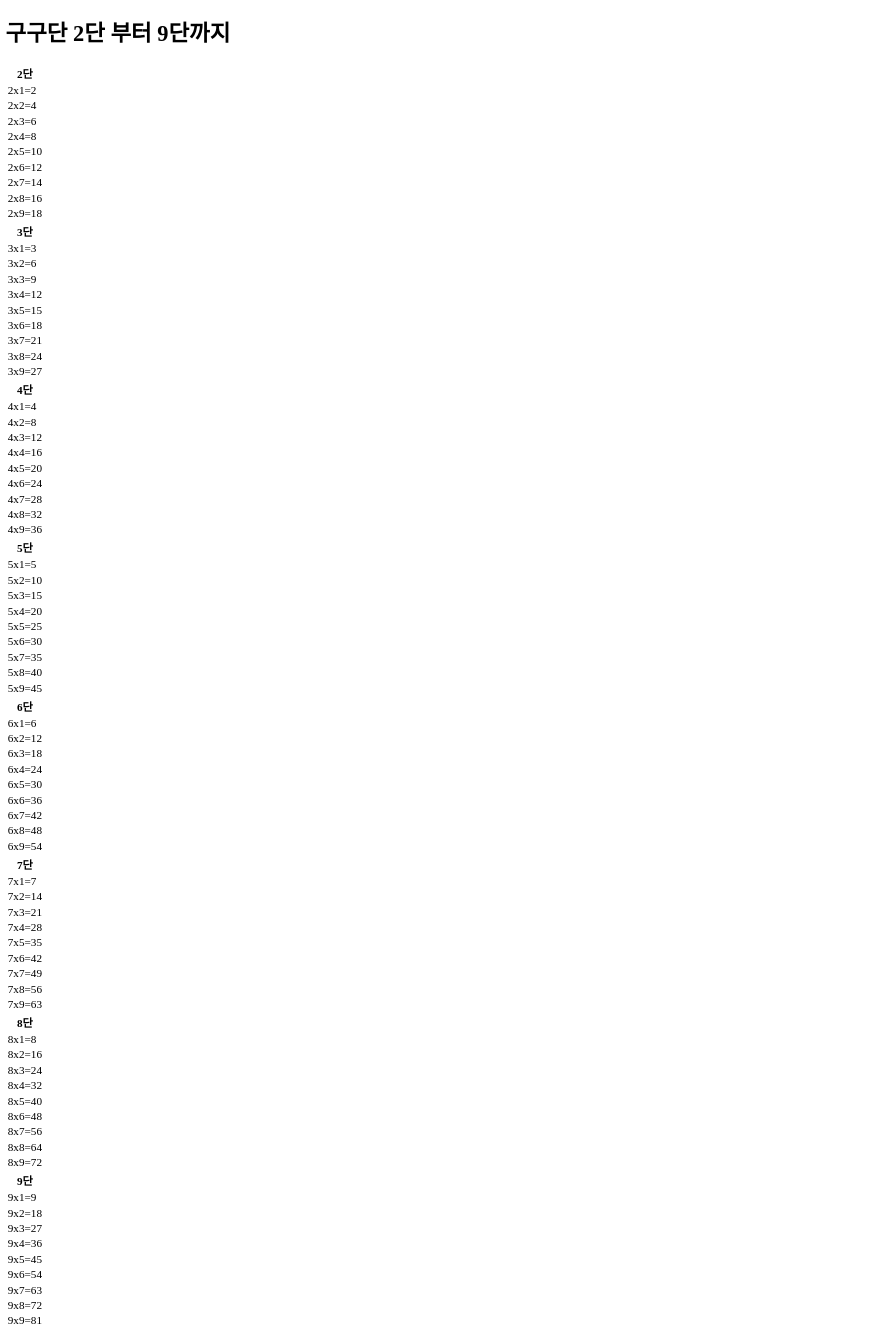
Repository: hyeongu135-ui/Jsp2026
Page: http://localhost/chapter01/test02.jsp
The author's editor kept a copy of each file at every save. The page is drawn from the files as they stood at one save, then again after the next save.
The browser window is 1280 px wide. The pictures show the whole page, at 70% of full size.
The page is served by Tomcat 9.

Above is the page before, as saved 2026-10-16 04:13:57.

### chapter01/src/main/webapp/test02.jsp
<%@ page language="java" contentType="text/html; charset=UTF-8"
	pageEncoding="UTF-8" import="java.util.*"%>
<!DOCTYPE html>
<html>
<head>
<meta charset="UTF-8">
<title>Insert title here</title>
</head>
<body>
	<h1>구구단 2단 부터 9단까지</h1>
	<table>
		<tr>
			<%
			for (int i = 2; i < 10; i++) {
			%>

		<th>
			<%
			out.print(i + "단");
			%>
		</th>
		</tr>
		<tr>
		<%
		for (int j = 1; j < 10; j++) {
			int sum = (i * j);
		%>
			<td><%=i + "x" + j + "=" + sum%></td>
		</tr>
		<%
		}
		%>
		<%
		}
		%>
	</table>
</body>
</html>

After the next save:
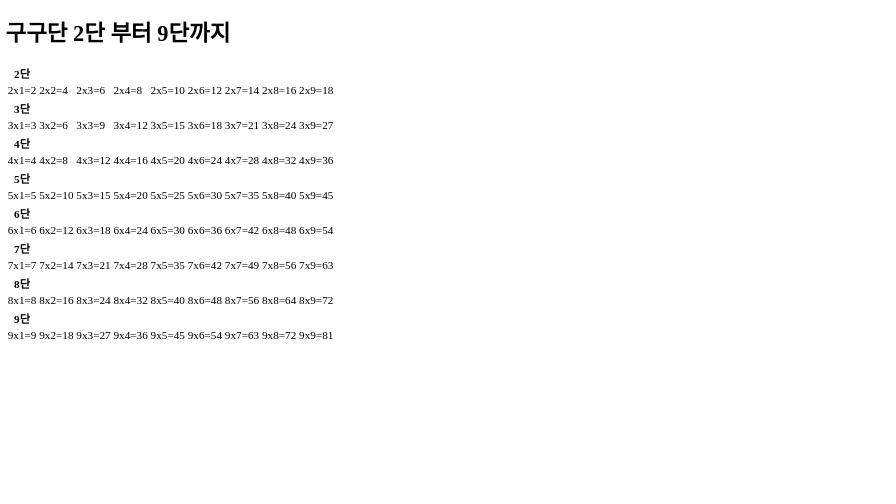
Saved 2 min 4 s later.
--- a/chapter01/src/main/webapp/test02.jsp
+++ b/chapter01/src/main/webapp/test02.jsp
@@ -25,11 +25,11 @@
 		for (int j = 1; j < 10; j++) {
 			int sum = (i * j);
 		%>
+
 			<td><%=i + "x" + j + "=" + sum%></td>
-		</tr>
 		<%
 		}
-		%>
+		%></tr>
 		<%
 		}
 		%>
